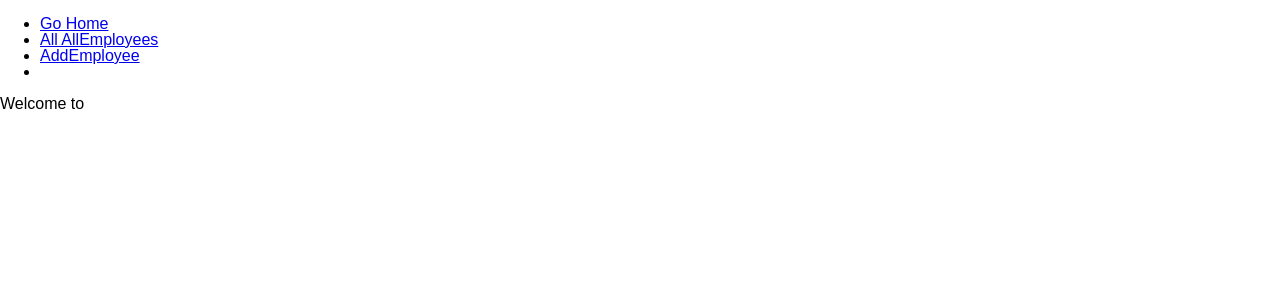
Repository: rh1456/employee-directory
Page: /
An editor plug-in stored every save of this project. The page is shown before and after the next save, followed by the edit.
The browser window is 1280 px wide. The pictures show the whole page.
The project was rebuilt for these pictures with package versions that can differ from the ones it lists, and the page was loaded fresh each time. Also part of the build but not shown: src/pages/AddEmployee.jsx, src/pages/SingleEmployee.jsx, src/pages/AllEmployees.jsx.

Above is the page before, as saved 2019-12-08 18:18:59.

After the next save:
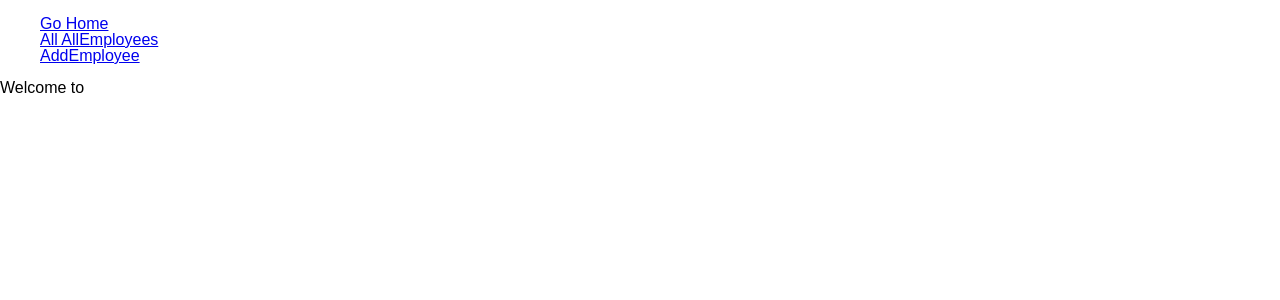
Saved 12 s later.
--- a/src/index.css
+++ b/src/index.css
@@ -16,7 +16,7 @@
   flex-direction: row;
 }
 nav li {
-  text-decoration: none;
+  list-style: none;
 }
 
 /* font-family: 'Bitter', serif; */
